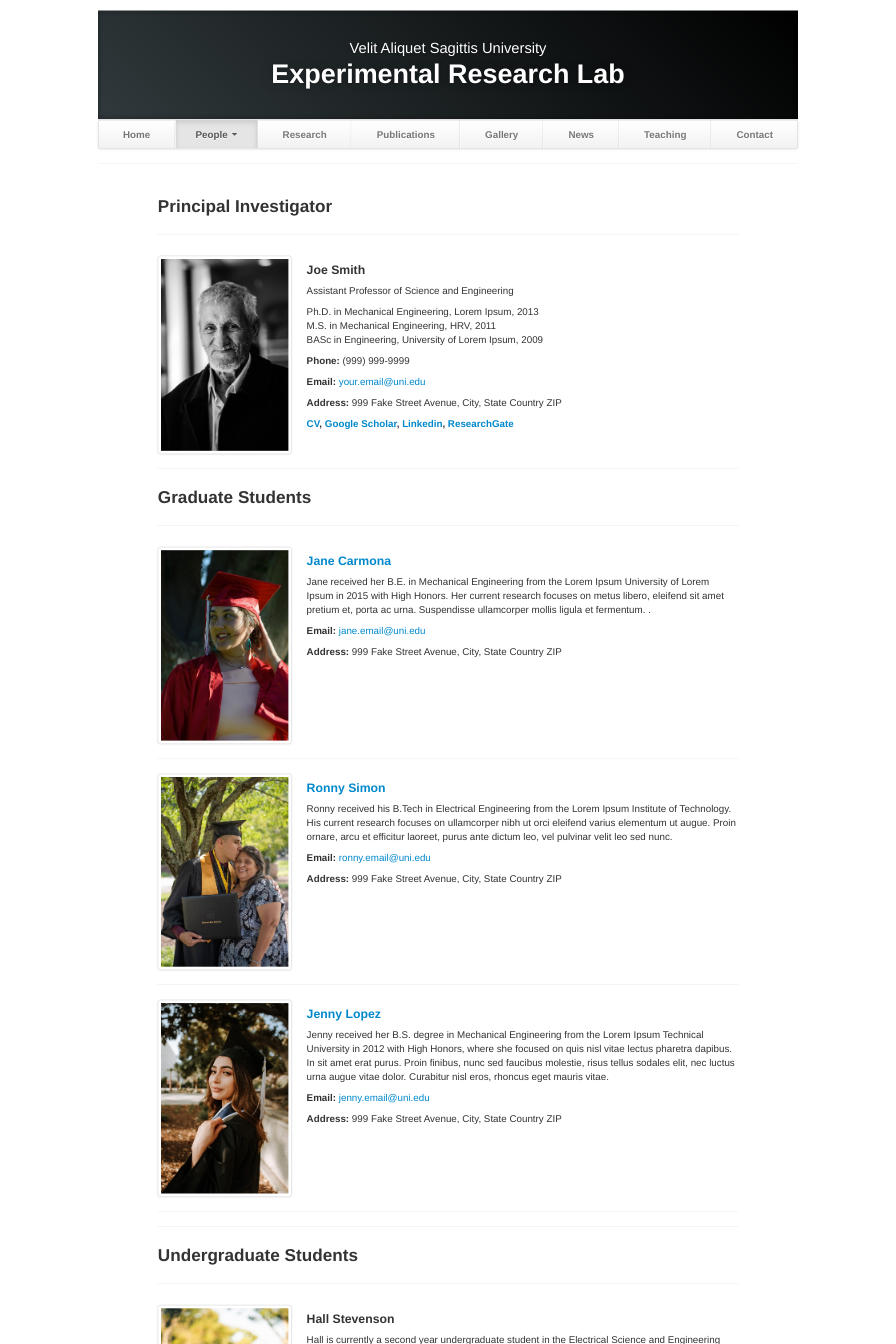
Repository: IAEUC/iaeuc.github.io
Page: people.html
The author's editor kept a copy of each file at every save. The page is drawn from the files as they stood at one save, then again after the next save.
The browser window is 1280 px wide. The pictures show the part of the page from y = 0 to 1920 px (the page is 4611 px tall before and 5306 px after), at 70% of full size.

Above is the page before, as saved 2025-08-07 17:42:06.

### people.html
<!DOCTYPE html>
<html lang="en">
   <head>
      <meta charset="utf-8">
      <title>People</title>
      <meta name="viewport" content="width=device-width, initial-scale=1.0">
      <meta name="description" content="Research Lab, Home, Velit Aliquet Sagittis University">
      <meta name="author" content="">
      <!-- Le styles -->
      <link href="css/bootstrap.min.css" rel="stylesheet">
      <link href="css/bootstrap-responsive.min.css" rel="stylesheet">
      <link href="css/theme.css" rel="stylesheet">
   </head>
   <body>
      <div class="container">
         <header class="jumbotron subhead" id="overview">
            <p class="lead"> Velit Aliquet Sagittis University </p>
            <h1>Experimental Research Lab</h1>
         </header>
         <div class="masthead">
            <div class="navbar">
               <div class="navbar-inner">
                  <div class="container">
                     <ul class="nav">
                        <li><a href="index.html">Home</a></li>
                        <li class="dropdown active">
                           <a href="#" class="dropdown-toggle" data-toggle="dropdown">People <b class="caret"></b></a>
                           <ul class="dropdown-menu">
                              <li><a href="people.html">All People</a></li>
                              <li><a href="people.html#principalinvestigator">Principal Investigator</a></li>
                              <li><a href="people.html#graduate">Graduate Students</a></li>
                              <li><a href="people.html#undergraduate">Undergraduate Students</a></li>
                           </ul>
                        </li>
                        <li><a href="research.html">Research</a></li>
                        <li><a href="publications.html">Publications</a></li>
                        <li><a href="gallery.html">Gallery</a></li>
                        <li><a href="news.html">News</a></li>
                        <li><a href="teaching.html">Teaching</a></li>
                        <li><a href="contact.html">Contact</a></li>
                     </ul>
                  </div>
               </div>
            </div>
         </div>
         <hr>
         <div class="row-fluid">

            <div class="span10 offset1">
               <section id="principalinvestigator">
                  <div class="page-header">
                     <h3>Principal Investigator</h3>
                  </div>
                  <div class="row-fluid">
                     <div class="span3">
                        <a href="https://unsplash.com/photos/aCZ2hiC-iDk" class="thumbnail">
                        <img src="thumbs/prof-photo2.jpg" alt="Joe Smith"/>
                        </a>
                     </div>
                     <div class="span9">
                        <h4>Joe Smith</h4>
                        <p>Assistant Professor of Science and Engineering</p>
                        <p>Ph.D. in Mechanical Engineering, Lorem Ipsum, 2013<br/>M.S. in Mechanical Engineering, HRV, 2011<br/>BASc in Engineering, University of Lorem Ipsum, 2009</p>
                        <p><b>Phone: </b>(999) 999-9999 </p>
                        <p><b>Email: </b><a href="mailto:your.email@uni.edu">your.email@uni.edu</a></p>
                        <p><b>Address: </b>999 Fake Street Avenue, City, State Country ZIP</p>
                        <p><b><a href="https://www.myperfectcv.co.uk/cv-examples/chemistry-lab-technician-cv-sample">CV</a>, <a href="http://scholar.google.com">Google Scholar</a>, <a href="https://www.linkedin.com">Linkedin</a>, <a href="http://www.researchgate.net">ResearchGate</a></b></p>
                     </div>
                  </div>
               </section>
               <hr>
               <section id="graduate">
                  <div class="page-header">
                     <h3>Graduate Students</h3>
                  </div>
                  <div class="row-fluid">
                     <div class="span3">
                        <a href="https://unsplash.com/photos/aaaGLiTRqkg" class="thumbnail">
                        <img src="thumbs/jane-carmona.jpg" alt="Jane Carmona"/>
                        </a>
                     </div>
                     <div class="span9">
                        <h4><a href="https://unsplash.com/photos/aaaGLiTRqkg">Jane Carmona</a></h4>
                        <p>Jane received her B.E. in Mechanical Engineering from the Lorem Ipsum University of Lorem Ipsum in 2015 with High Honors. Her current research focuses on metus libero, eleifend sit amet pretium et, porta ac urna. Suspendisse ullamcorper mollis ligula et fermentum. .</p>
                        <p><b>Email: </b><a href="mailto:jane.email@uni.edu">jane.email@uni.edu</a></p>
                        <p><b>Address: </b>999 Fake Street Avenue, City, State Country ZIP</p>
                     </div>
                  </div>
                  <hr>
                  <div class="row-fluid">
                     <div class="span3">
                        <a href="https://unsplash.com/photos/LUdelQ2EO2g" class="thumbnail">
                        <img src="thumbs/ronny-sison.jpg" alt="Ronny Simon"/>
                        </a>
                     </div>
                     <div class="span9">
                        <h4><a href="https://unsplash.com/photos/LUdelQ2EO2g">Ronny Simon</a></h4>
                        <p>Ronny received his B.Tech in Electrical Engineering from the Lorem Ipsum Institute of Technology. His current research focuses on ullamcorper nibh ut orci eleifend varius elementum ut augue. Proin ornare, arcu et efficitur laoreet, purus ante dictum leo, vel pulvinar velit leo sed nunc. </p>
                        <p><b>Email: </b><a href="mailto:ronny.email@uni.edu">ronny.email@uni.edu</a></p>
                        <p><b>Address: </b>999 Fake Street Avenue, City, State Country ZIP</p>
                     </div>
                  </div>
                  <hr>
                  <div class="row-fluid">
                     <div class="span3">
                        <a href="https://unsplash.com/photos/nomivMNW07o" class="thumbnail">
                        <img src="thumbs/graduate-1.jpg" alt="Jenny Lopez"/>
                        </a>
                     </div>
                     <div class="span9">
                        <h4><a href="https://unsplash.com/photos/nomivMNW07o">Jenny Lopez</a></h4>
                        <p>Jenny received her B.S. degree in Mechanical Engineering from the Lorem Ipsum Technical University in 2012 with High Honors, where she focused on quis nisl vitae lectus pharetra dapibus. In sit amet erat purus. Proin finibus, nunc sed faucibus molestie, risus tellus sodales elit, nec luctus urna augue vitae dolor. Curabitur nisl eros, rhoncus eget mauris vitae.</p>
                        <p><b>Email: </b><a href="mailto:jenny.email@uni.edu">jenny.email@uni.edu</a></p>
                        <p><b>Address: </b>999 Fake Street Avenue, City, State Country ZIP</p>
                     </div>
                  </div>
                  <hr>
               </section>
               <hr>
               <section id="undergraduate">
                  <div class="page-header">
                     <h3>Undergraduate Students</h3>
                  </div>
                  <div class="row-fluid">
                     <div class="span3">
                        <a href="https://unsplash.com/photos/unr5ZqXXvqU" class="thumbnail">
                        <img src="thumbs/undergrad-1.jpg" alt="Hall Stevenson"/>
                        </a>
                     </div>
                     <div class="span9">
                        <h4>Hall Stevenson</h4>
                        <p>Hall is currently a second year undergraduate student in the Electrical Science and Engineering Department at VAS University. He is studying the bibendum consectetur metus. Vivamus ullamcorper nibh ut orci eleifend varius elementum ut augue.</p>
                     </div>
                  </div>
                  <hr>
                  <div class="row-fluid">
                     <div class="span3">
                        <a href="https://unsplash.com/photos/GIy2ly37Kw8" class="thumbnail">
                        <img src="thumbs/graduate-2.jpg" alt="Simon Singh"/>
                        </a>
                     </div>
                     <div class="span9">
                        <h4>Simon Singh</h4>
                        <p>Simon is currently a second year undergraduate student in the Lorem Ipsum and Engineering Department at VAS University. He is working on rhoncus euismod tortor, ac lobortis tortor vestibulum sed. Ut in aliquam sapien. </p>
                     </div>
                  </div>
                  <hr>
                  <div class="row-fluid">
                     <div class="span3">
                        <a href="https://unsplash.com/photos/dju4--IW7Qw" class="thumbnail">
                        <img src="thumbs/graduate-3.jpg" alt="Tim Johnson"/>
                        </a>
                     </div>
                     <div class="span9">
                        <h4>Tim Johnson</h4>
                        <p>Tim is currently a second year undergraduate student in the Engineering Science Department at VAS University. He is currently studying sodales elit nec luctus urna augue vitae dolor. </p>
                     </div>
                  </div>
                  <hr>
                  <div class="row-fluid">
                     <div class="span3">
                        <a href="https://unsplash.com/photos/lEMHg4RFTW8" class="thumbnail">
                        <img src="thumbs/graduate-4.jpg" alt="Simona Alexander"/>
                        </a>
                     </div>
                     <div class="span9">
                        <h4>Simona Alexander</h4>
                        <p>Simona is currently a senior in the Lorem Ipsum Department at VAS. She is studying rhoncus eget mauris vitae, malesuada suscipit neque. Ut congue imperdiet lobortis. </p>
                     </div>
                  </div>
                  <hr>
                  <div class="row-fluid">
                     <div class="span3">
                        <a href="https://unsplash.com/photos/Nyt7CeiNXQw" class="thumbnail">
                        <img src="thumbs/graduate-5.jpg" alt="Zahima Sari"/>
                        </a>
                     </div>
                     <div class="span9">
                        <h4>Zahima Sari</h4>
                        <p>Zahima is currently a third year undergraduate student in the Lorem Ipsum Engineering Department at VAS. She is modling the dynamics tincidunt, odio non suscipit condimentum, neque diam viverra risus, vel tincidunt elit massa eu nulla. </p>
                     </div>
                  </div>
                  <hr>
                  <div class="row-fluid">
                     <div class="span3">
                        <a href="https://unsplash.com/photos/fNZfMhyd8Hs" class="thumbnail">
                        <img src="thumbs/graduate-6.jpg" alt="Alissa Zhi"/>
                        </a>
                     </div>
                     <div class="span9">
                        <h4>Alissa Zhi</h4>
                        <p>Alissa is currently a first year undergraduate student in the Science and Engineering Department at VAS. She is studying techniques to improve tempus pellentesque ex, et sollicitudin nunc faucibus vel. Suspendisse condimentum feugiat arcu, vitae pretium enim tempus eget.</p>
                     </div>
                  </div>
                  <hr>
                  <div class="row-fluid">
                     <div class="span3">
                        <a href="https://unsplash.com/photos/WC7KIHo13Fc" class="thumbnail">
                        <img src="thumbs/graduate-7.jpg" alt="David Tohm"/>
                        </a>
                     </div>
                     <div class="span9">
                        <h4>David Tohm</h4>
                        <p>David is currently a third year undergraduate student in the Science and Engineering Department at VAS. He is studying dui diam, pellentesque vel ullamcorper non, dictum eu tellus.</p>
                     </div>
                  </div>
                  <hr>
                  <div class="row-fluid">
                     <div class="span3">
                        <a href="https://unsplash.com/photos/APmln0DMSac" class="thumbnail">
                        <img src="thumbs/graduate-8.jpg" alt="Jessica Smith"/>
                        </a>
                     </div>
                     <div class="span9">
                        <h4>Jessica Smith</h4>
                        <p>Jessica is currently a second year undergraduate student in the Mechanical Engineering Department at VAS. She is studying Fusce et ullamcorper sapien. Integer tristique magna sed tellus faucibus imperdiet facilisis et quam.</p>
                     </div>
                  </div>
               </section>
            </div>
         </div>
      </div>
      <footer id="footer">
         <div class="container-fluid">
            <div class="row-fluid">
               <div class="span5">
                  <h3>Contact Information</h3>
                  <p><b>Office Hours: </b>Monday-Friday (8.00am - 5.00pm)</p>
                  <p><b>Phone: </b>999-999-9999</p>
                  <p><b>Cell: </b>999-999-9999</p>
                  <a href="mailto:your.email@uni.edu">Email</a>
               </div>
               <div class="span2">
                  <a href="https://mybrandnewlogo.com/"><img src = "thumbs/generic-logo.JPG" alt="research-lab-logo"/></a>
               </div>
               <div class="span5">
                  <h3>Address</h3>
                  <p>9999 Generic Research Laboratory<br>
                     999 Fake Street Avenue<br>
                     City, State<br>
                     Country ZIP
                  </p>
                  <a href="http://maps.google.com/">Show Map</a>
               </div>
            </div>
         </div>
      </footer>

      <!-- Le javascript
         ================================================== -->
      <!-- Placed at the end of the document so the pages load faster -->
      <script src="js/jquery-1.9.1.min.js"></script>
      <script src="js/bootstrap.min.js"></script>
      <script>
         $(document).ready(function() {
             $(document.body).scrollspy({
                 target: "#navparent"
             });
         });

      </script>
   </body>
</html>

Loaded but not shown: css/bootstrap.min.css (library); css/bootstrap-responsive.min.css (library); js/jquery-1.9.1.min.js (library); js/bootstrap.min.js (library); css/theme.css (552 lines, source omitted)

After the next save:
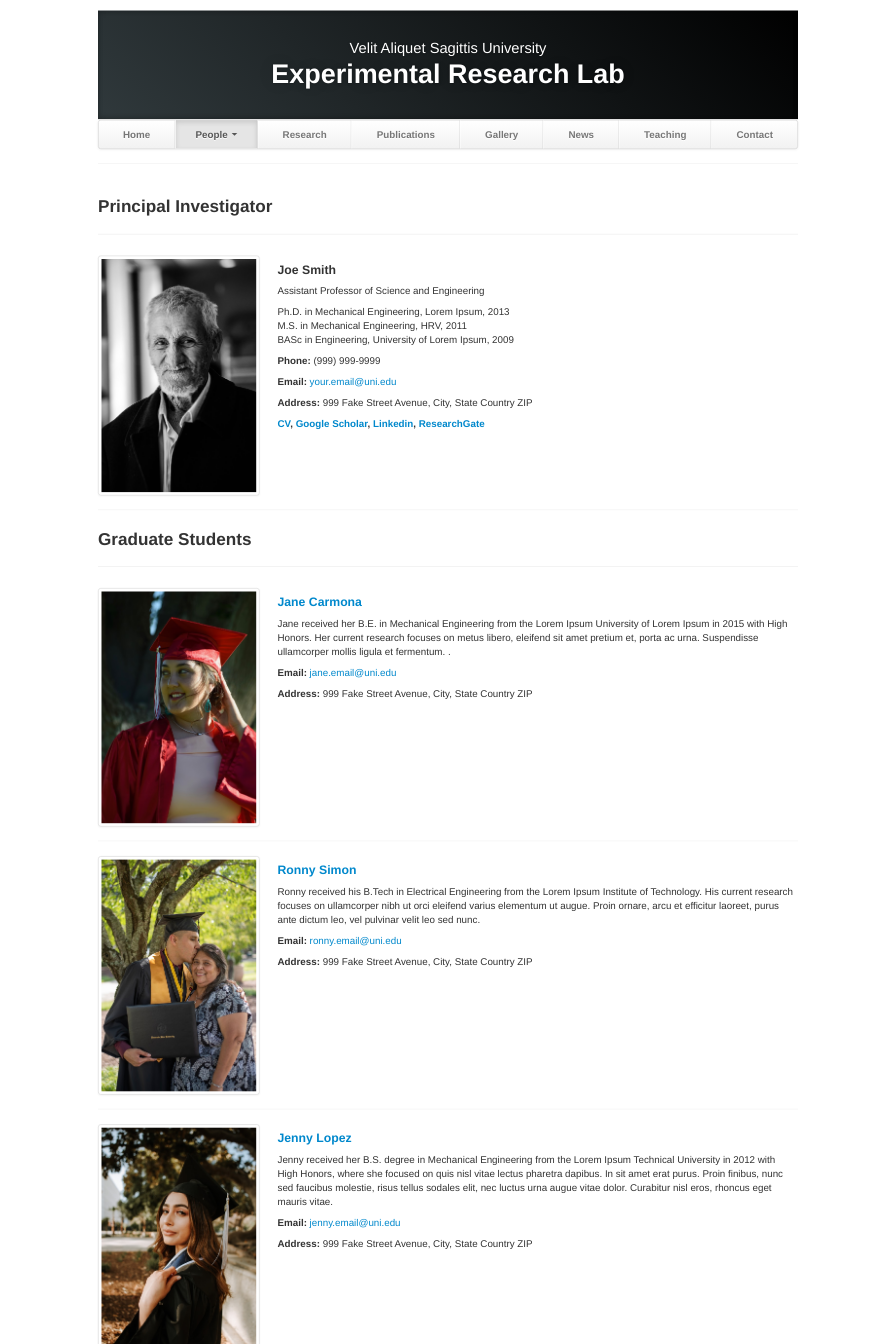
Saved 2 min 34 s later.
--- a/people.html
+++ b/people.html
@@ -46,7 +46,7 @@
          <hr>
          <div class="row-fluid">
 
-            <div class="span10 offset1">
+            <div class="span12">
                <section id="principalinvestigator">
                   <div class="page-header">
                      <h3>Principal Investigator</h3>
